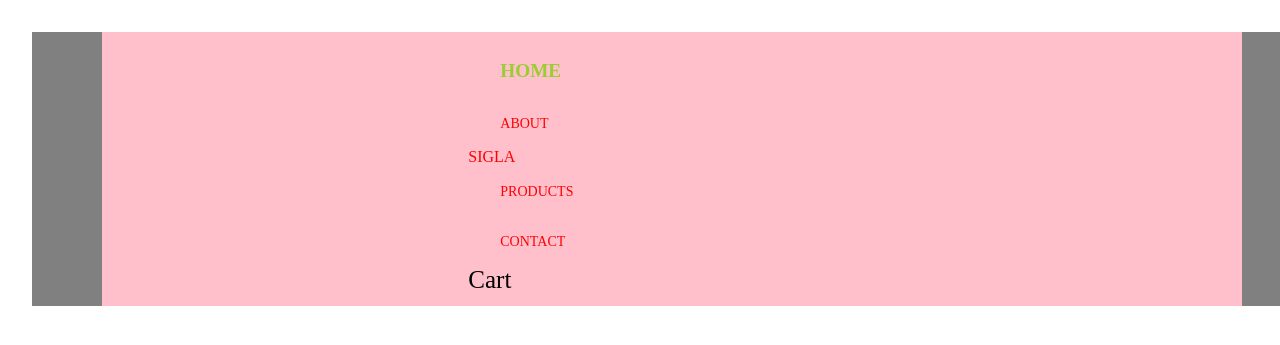
Repository: RalucaZota/cakeshop
Page: /
An editor plug-in stored every save of this project. The page is shown before and after the next save, followed by the edit.
The browser window is 1280 px wide. The pictures show the whole page.
The project was rebuilt for these pictures with package versions that can differ from the ones it lists, and the page was loaded fresh each time. Also part of the build but not shown: vite.config.js, src/views/Products.vue, src/views/About.vue, src/views/Contact.vue.

Above is the page before, as saved 2023-06-02 18:35:20.

After the next save:
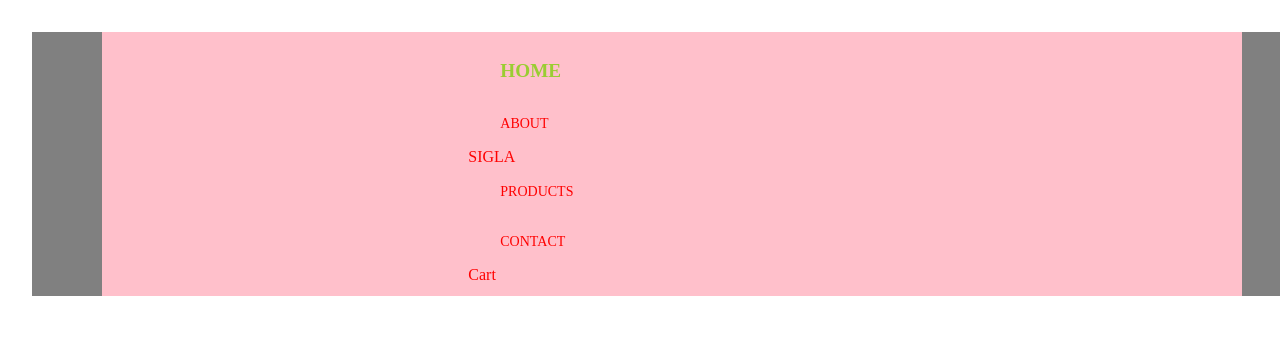
Saved 9 s later.
--- a/src/styles/Navbar.scss
+++ b/src/styles/Navbar.scss
@@ -61,11 +61,6 @@ header{
         text-decoration: none;
         font-size: larger;
         }
-        .nav-elements{
-        text-decoration: none;
-        font-size: 25px;
-        color: black;
-        }
         .cart{
         // position: absolute;
         // right: 5%;
